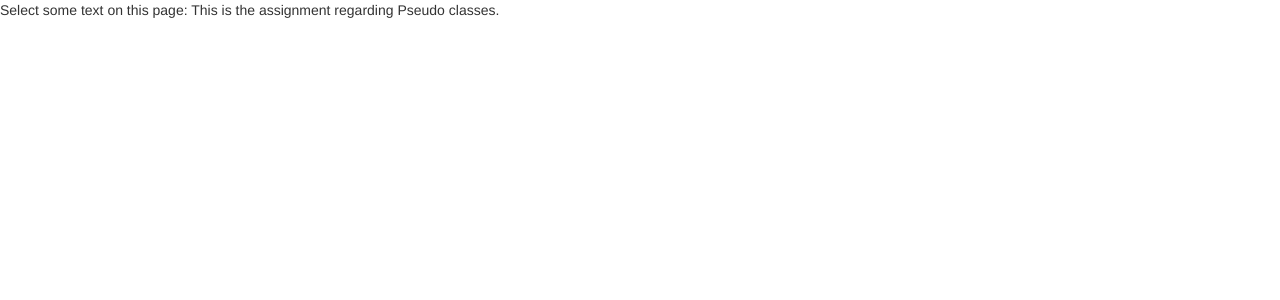
Repository: vaibhavkri/Trendnxt-Projects
Page: bootstrap/Bootstrap– L3 Assignment/Topic 5 CSS Pseudo-classes/Assignment1.html
The author's editor kept a copy of each file at every save. The page is drawn from the files as they stood at one save, then again after the next save.
The browser window is 1280 px wide. The pictures show the whole page.

Above is the page before, as saved 2018-10-23 14:01:10.

After the next save:
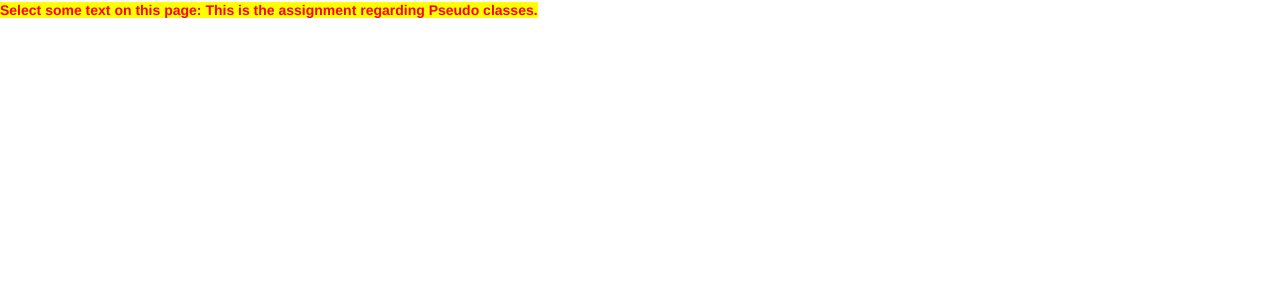
Saved 13 s later.
--- a/bootstrap/Bootstrap– L3 Assignment/Topic 5 CSS Pseudo-classes/Assignment1.html
+++ b/bootstrap/Bootstrap– L3 Assignment/Topic 5 CSS Pseudo-classes/Assignment1.html
@@ -9,7 +9,7 @@
     <script src="https://ajax.googleapis.com/ajax/libs/jquery/3.3.1/jquery.min.js"></script>
     <script src="https://maxcdn.bootstrapcdn.com/bootstrap/3.3.7/js/bootstrap.min.js"></script>
     <style>
-        .heading {
+        p::first-line {
             font-weight: bold;
             font-size: 14px;
             color: red;
